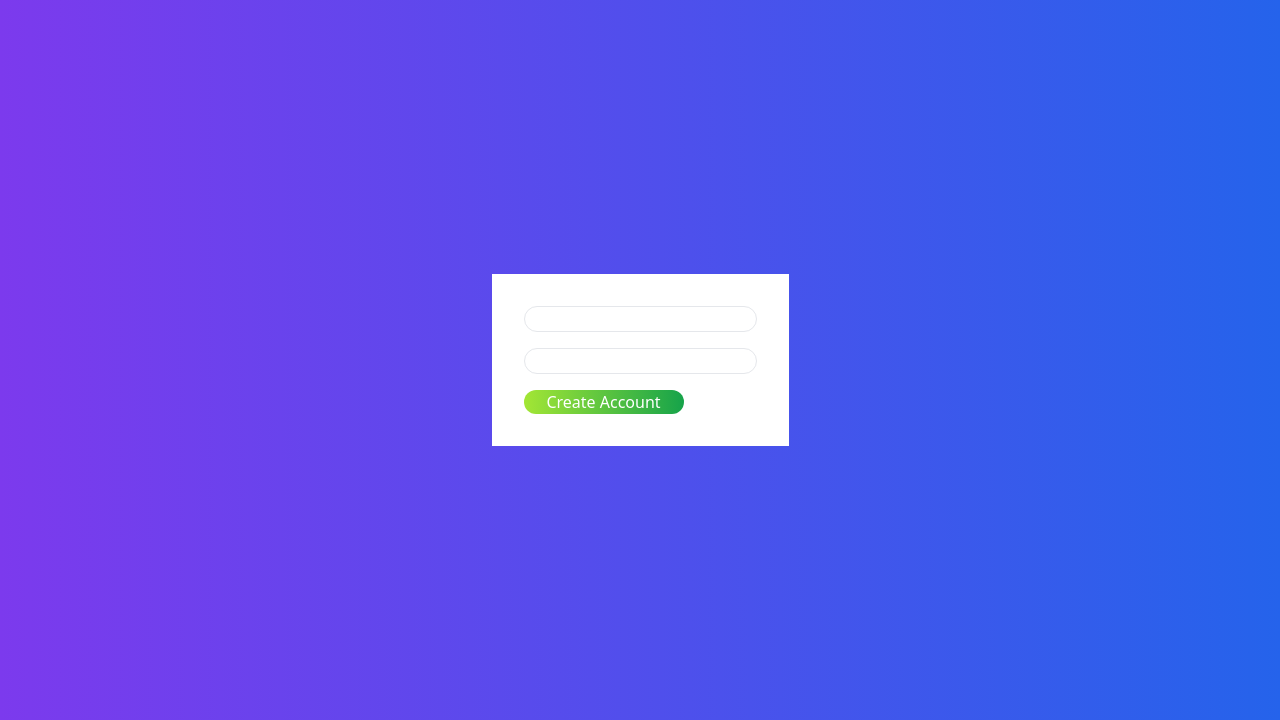
Repository: Velkan33/ReactTypescript
Page: /
An editor plug-in stored every save of this project. The page is shown before and after the next save, followed by the edit.
The browser window is 1280 px wide. The pictures show the whole page.
The project was rebuilt for these pictures with package versions that can differ from the ones it lists, and the page was loaded fresh each time. Also part of the build but not shown: vite.config.ts.

Above is the page before, as saved 2023-04-05 05:50:24.

After the next save:
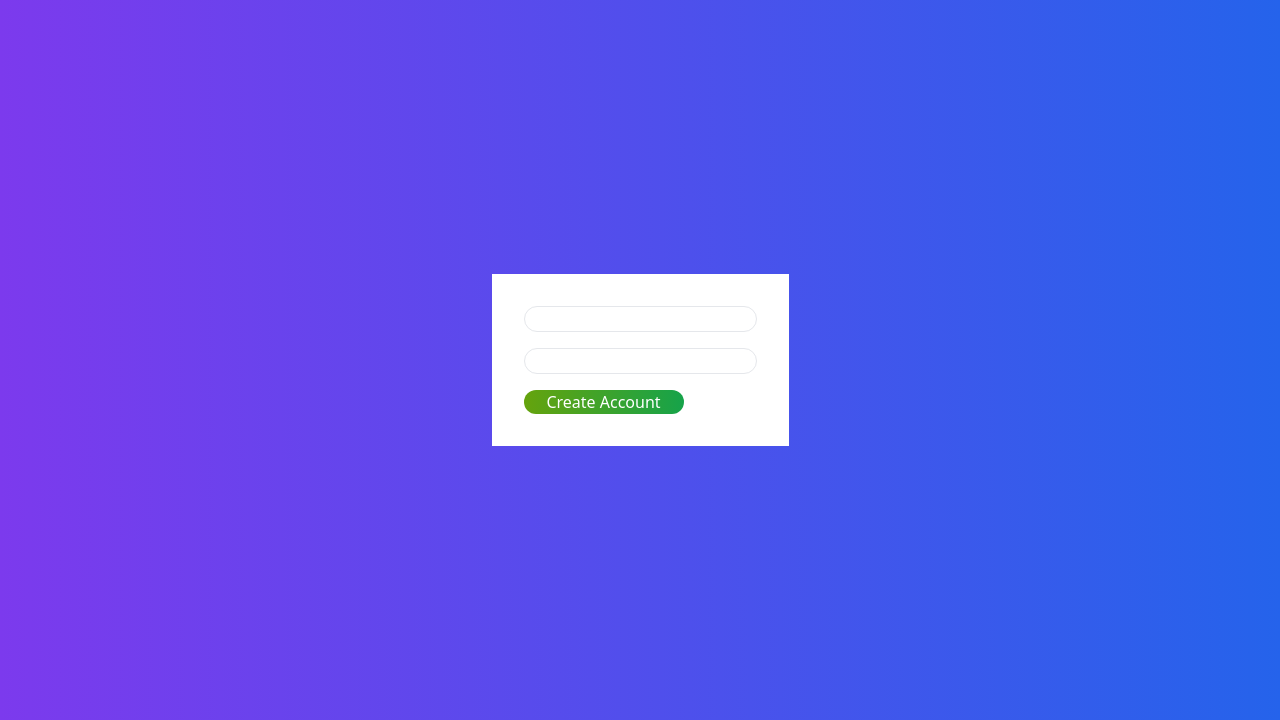
Saved 13 s later.
--- a/src/999_Diario_React/DummyJSONLoggin/LoginCard.tsx
+++ b/src/999_Diario_React/DummyJSONLoggin/LoginCard.tsx
@@ -9,7 +9,7 @@ export default function LoginCard() {
     <input
      type="submit"
      value="Create Account"
-     className="bg-gradient-to-r from-lime-400 to-green-600 text-white w-[10rem]  rounded-full "
+     className="bg-gradient-to-r from-lime-600 to-green-600 text-white w-[10rem]  rounded-full "
     />
    </form>
   </div>
